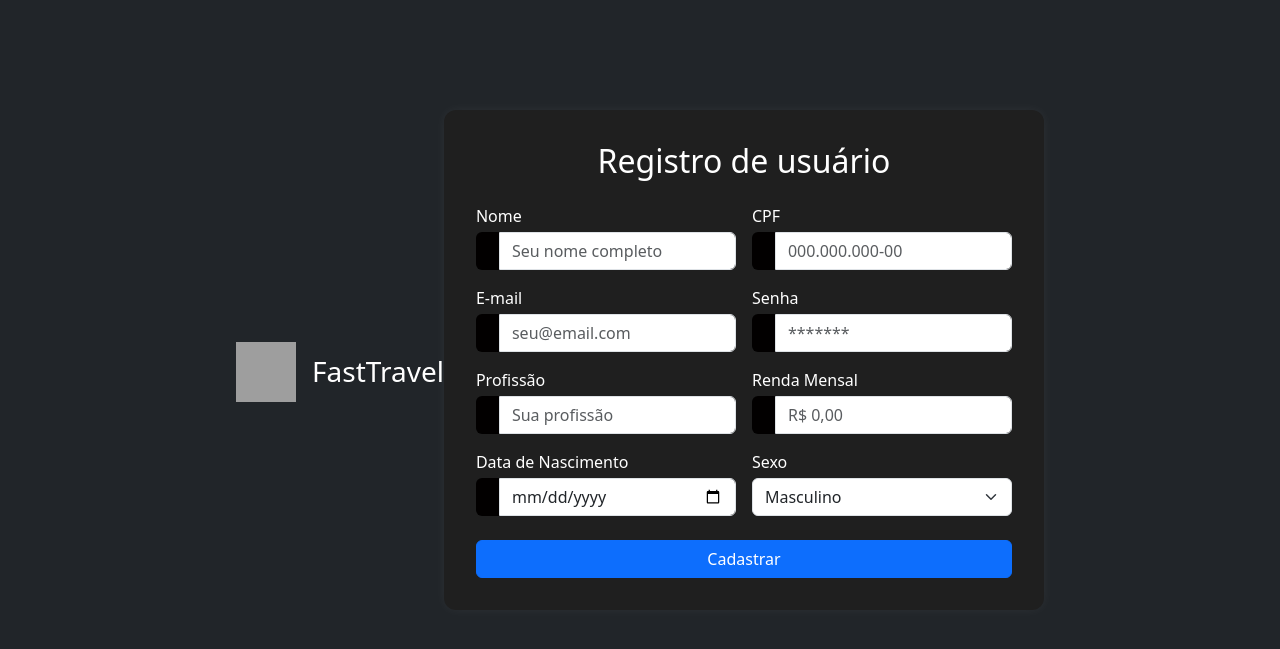
Repository: Suttiago/fasttravel-back
Page: app/templates/Cadastro.html
An editor plug-in stored every save of this project. The page is shown before and after the next save, followed by the edit.
The browser window is 1280 px wide. The pictures show the whole page.
Pictures or frames that could not be fetched are drawn as grey boxes. The template is drawn by Flask 3. The application's start-up code is not run. Other server files are loaded and not shown. The template is opened directly, without the code that normally fills it, so the values that code supplies are empty.

Above is the page before, as saved 2025-05-30 10:31:24.

### app/templates/Cadastro.html
<!DOCTYPE html>
<html lang="pt-br">

<head>

  <meta charset="UTF-8">
  <meta name="viewport" content="width=device-width, initial-scale=1.0">
  <title></title>
  <link href="https://cdn.jsdelivr.net/npm/bootstrap@5.3.5/dist/css/bootstrap.min.css" rel="stylesheet">
  <link rel="stylesheet" href="{{ url_for('static', filename='style.css') }}">

</head>

<body class="bg-dark text-white">

  <!-- Logo e título no topo centralizado -->
  <div class="text-center mt-5 mb-4 d-flex justify-content-center align-items-center gap-3">
    <img src="{{ url_for('static', filename='img/logo.png') }}" alt="Logo FastTravel" width="60" height="60">
    <h1 class="h3 m-0">FastTravel</h1>
  </div>

  <div class="form-container">
    <h2 class="text-center mb-4">Registro de usuário</h2>
    <form action="/usuarios" method="POST">
      <div class="row g-3">
        <div class="col-md-6">
          <label for="nome" class="form-label">Nome</label>
          <div class="input-group">
            <span class="input-group-text"><i class="bi bi-person"></i></span>
            <input type="text" class="form-control" id="nome" name="nome" placeholder="Seu nome completo" required>
          </div>
        </div>

        <div class="col-md-6">
          <label for="cpf" class="form-label">CPF</label>
          <div class="input-group">
            <span class="input-group-text"><i class="bi bi-credit-card"></i></span>
            <input type="text" class="form-control" id="cpf" name="cpf" placeholder="000.000.000-00" required>
          </div>
        </div>

        <div class="col-md-6">
          <label for="email" class="form-label">E-mail</label>
          <div class="input-group">
            <span class="input-group-text"><i class="bi bi-envelope"></i></span>
            <input type="email" class="form-control" id="email" name="email" placeholder="seu@email.com" required>
          </div>
        </div>

        <div class="col-md-6">
          <label for="senha" class="form-label">Senha</label>
          <div class="input-group">
            <span class="input-group-text"><i class="bi bi-lock"></i></span>
            <input type="password" class="form-control" id="senha" name="senha" placeholder="*******" required>
          </div>
        </div>

        <div class="col-md-6">
          <label for="profissao" class="form-label">Profissão</label>
          <div class="input-group">
            <span class="input-group-text"><i class="bi bi-briefcase"></i></span>
            <input type="text" class="form-control" id="profissao" name="profissao" placeholder="Sua profissão">
          </div>
        </div>

        <div class="col-md-6">
          <label for="renda" class="form-label">Renda Mensal</label>
          <div class="input-group">
            <span class="input-group-text"><i class="bi bi-currency-dollar"></i></span>
            <input type="number" step="0.01" class="form-control" id="renda" name="renda" placeholder="R$ 0,00">
          </div>
        </div>

        <div class="col-md-6">
          <label for="data_nascimento" class="form-label">Data de Nascimento</label>
          <div class="input-group">
            <span class="input-group-text"><i class="bi bi-calendar"></i></span>
            <input type="date" class="form-control" id="data_nascimento" name="data_nascimento" required>
          </div>
        </div>

        <div class="col-md-6">
          <label for="sexo" class="form-label">Sexo</label>
          <select class="form-select" id="sexo" name="sexo">
            <option value="Masculino">Masculino</option>
            <option value="Feminino">Feminino</option>
            <option value="Outro">Outro</option>
          </select>
        </div>
      </div>

      <div class="d-grid mt-4">
        <button type="submit" class="btn btn-primary">Cadastrar</button>
      </div>
    </form>

  </div>
  <script src="https://cdn.jsdelivr.net/npm/bootstrap@5.3.5/dist/js/bootstrap.bundle.min.js"></script>
</body>

</html>

### app/static/style.css
body {
    background-color: #121212;
    color: #ffffff;
    min-height: 100vh;
    display: flex;
    justify-content: center;
    align-items: center;
    padding: 1rem;
  }

  .form-container {
    background-color: #1f1f1f;
    padding: 2rem;
    border-radius: 12px;
    box-shadow: 0 0 12px rgba(255, 255, 255, 0.05);
    width: 100%;
    max-width: 600px;
  }

  .form-label {
    margin-bottom: 0.25rem;
    font-weight: 500;
  }

  .input-group-text {
    background-color: #020000;
    border: none;
    color: rgb(7, 0, 0);
  }

 /* .form-control, .form-control:focus {
    background-color: #000000;
    border: none;
    color: rgb(0, 0, 0);
  }

  .btn-primary {
    background-color: #6e0823;
    border: none;
    font-weight: bold;
  }

  .btn-primary:hover {
    background-color: #810826;
  }
  */
  placeholder {
    color: #661313; /* tom cinza claro para melhor visibilidade */
    opacity: 1; /* força a visibilidade total */
  }

After the next save:
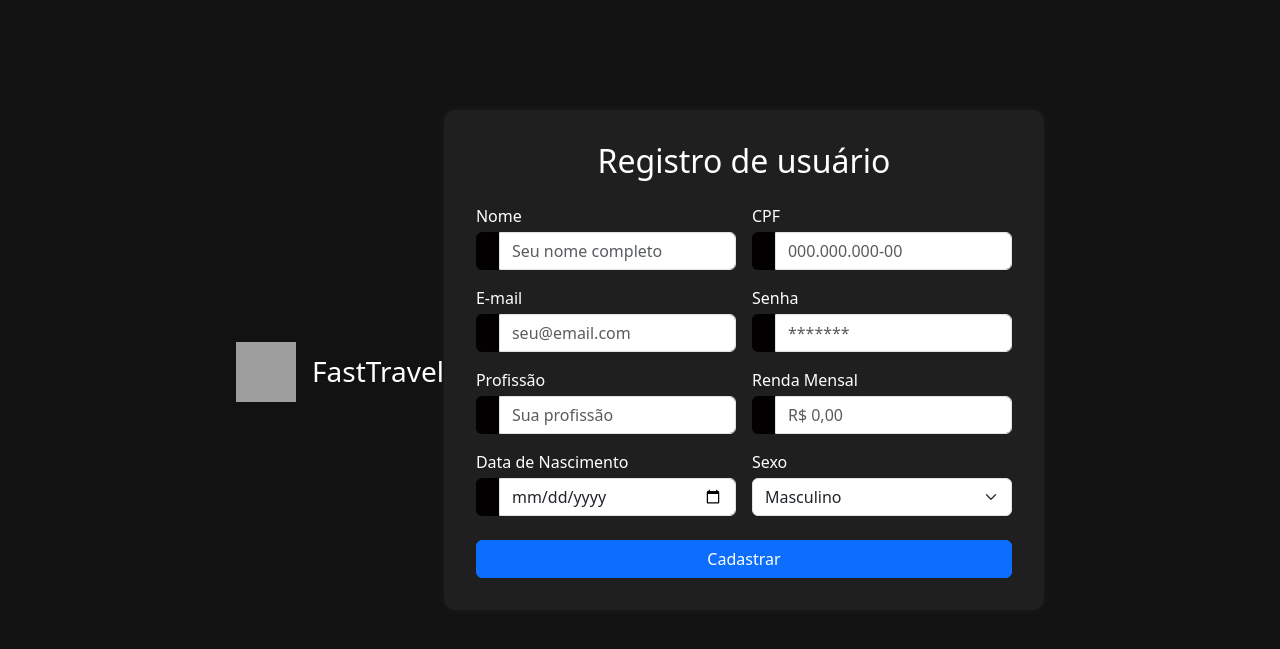
Saved 2 min 26 s later.
--- a/app/templates/Cadastro.html
+++ b/app/templates/Cadastro.html
@@ -11,7 +11,7 @@
 
 </head>
 
-<body class="bg-dark text-white">
+<body>
 
   <!-- Logo e título no topo centralizado -->
   <div class="text-center mt-5 mb-4 d-flex justify-content-center align-items-center gap-3">

After the save that followed:
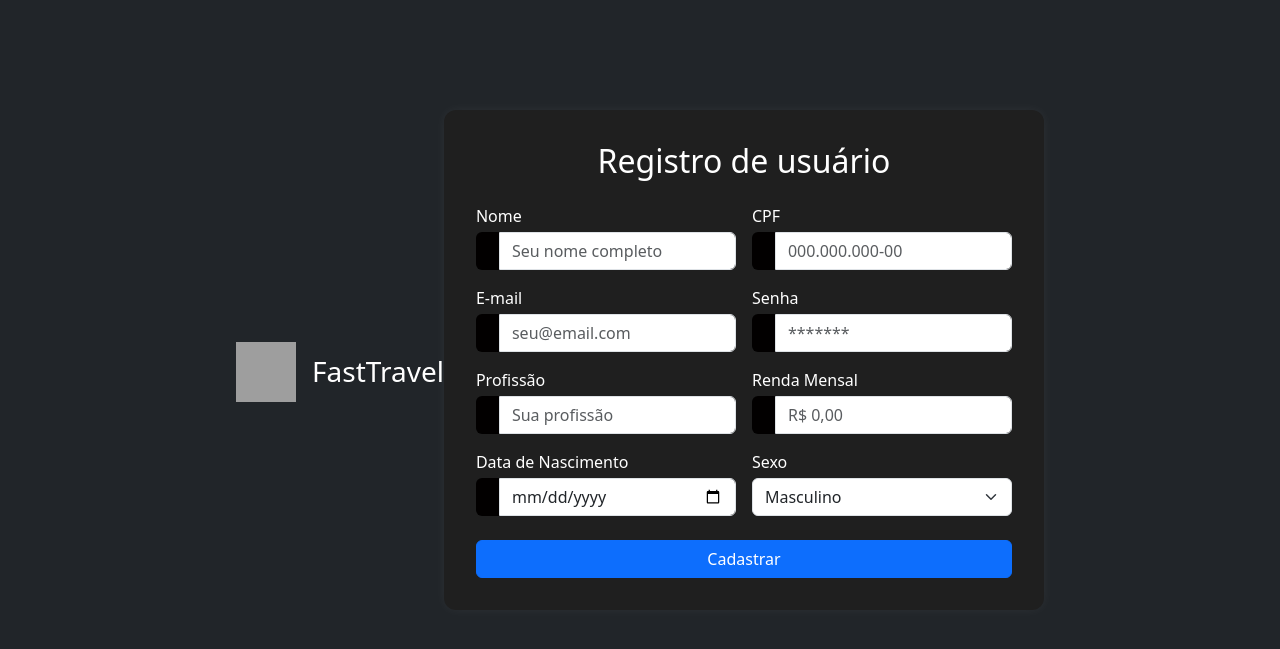
Saved 4 s later.
--- a/app/templates/Cadastro.html
+++ b/app/templates/Cadastro.html
@@ -11,7 +11,7 @@
 
 </head>
 
-<body>
+<body class="bg-dark text-white">
 
   <!-- Logo e título no topo centralizado -->
   <div class="text-center mt-5 mb-4 d-flex justify-content-center align-items-center gap-3">
